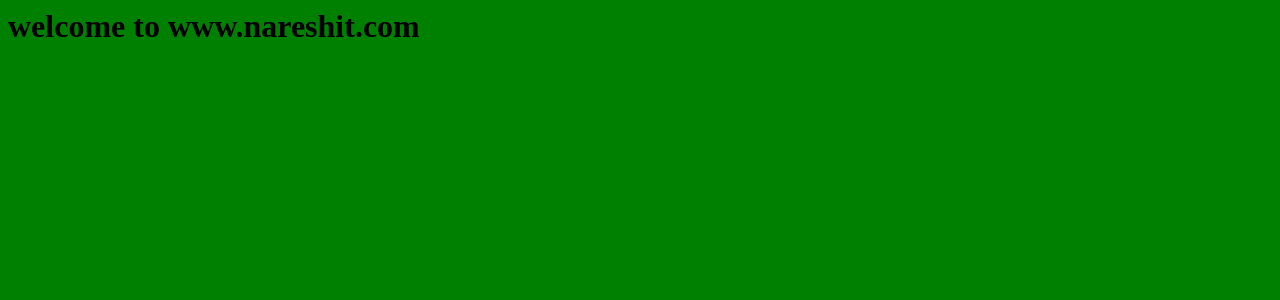
Repository: pitambar-smartek/Struts1.3_program
Page: http://localhost/usingmyeclipseloginapplication/welcome.jsp
An editor plug-in stored every save of this project. The page is shown before and after the next save, followed by the edit.
The browser window is 1280 px wide. The pictures show the whole page.
The page is served by Tomcat 9.

Above is the page before, as saved 2012-02-16 05:57:27.

After the next save:
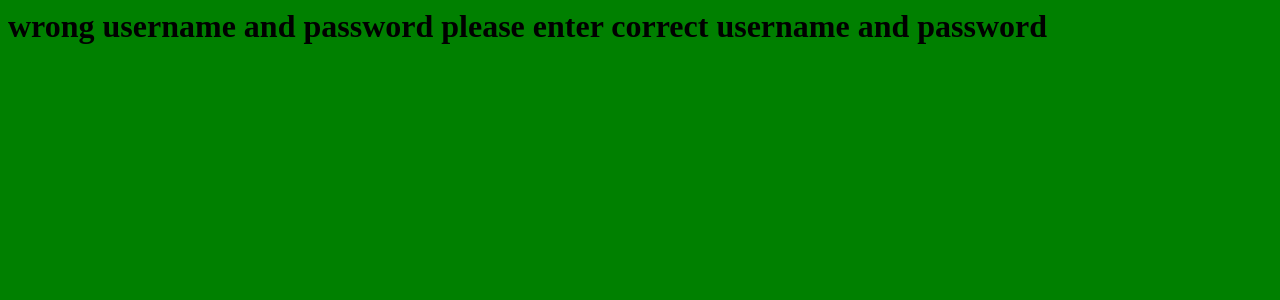
Saved 2 min 23 s later.
--- a/MyEclipse/usingmyeclipseloginapplication/WebRoot/welcome.jsp
+++ b/MyEclipse/usingmyeclipseloginapplication/WebRoot/welcome.jsp
@@ -1,5 +1,5 @@
 <html>
   <body bgcolor="green">
-          <h1>welcome to www.nareshit.com</h1>
+          <h1>wrong username and password please enter correct username and password</h1>
 		  </body>
 		  </html>
